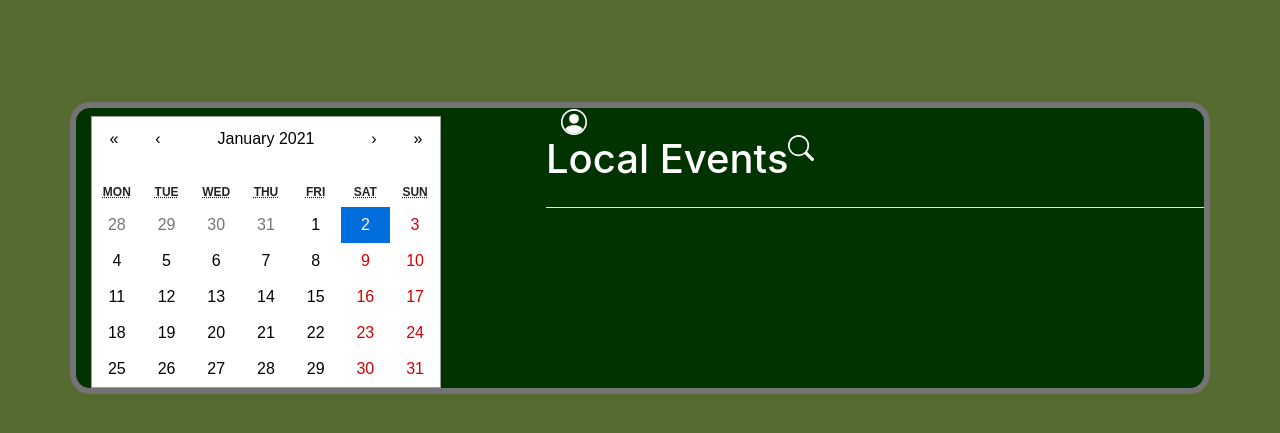
Repository: lalji-yadav/Calendar-code
Page: /
The author's editor kept a copy of each file at every save. The page is drawn from the files as they stood at one save, then again after the next save.
The browser window is 1280 px wide. The pictures show the whole page.
The project was rebuilt for these pictures with package versions that can differ from the ones it lists, and the page was loaded fresh each time. Also part of the build but not shown: src/App.css.

Above is the page before, as saved 2021-01-03 13:52:09.

### src/App.js
import logo from './logo.svg';
import './App.css';
import MyApp from './calendar/calendar'
import Home from "./calendar/Home";

function App() {
  return (
    <div>
      <header>

        <Home />

      </header>
    </div>
  );
}

export default App;

### src/calendar/calendar.js
import React, { useState } from 'react';
import 'react-calendar/dist/Calendar.css';
import Calendar from 'react-calendar';

function MyApp() {
  const [value, onChange] = useState(new Date());

  return (
    <div>
      <Calendar
        onChange={onChange}
        value={value}
      />
    </div>
  );
}

export default MyApp;

### src/calendar/Home.js
import React from 'react';
import "./Home.css";
import MyApp from "./calendar";

function Home() {

  return (
    <div className="main">
      <div className='container'>
        <div className="row">
          <div className="col-sm-5 calendar">
             <MyApp />
          </div>
          <div className="col-sm-7">

            <div>
            <svg xmlns="http://www.w3.org/2000/svg" width="26" height="26" fill="white" class="bi bi-person-circle" viewBox="0 0 16 16">
            <path d="M13.468 12.37C12.758 11.226 11.195 10 8 10s-4.757 1.225-5.468 2.37A6.987 6.987 0 0 0 8 15a6.987 6.987 0 0 0 5.468-2.63z"/>
             <path fill-rule="evenodd" d="M8 9a3 3 0 1 0 0-6 3 3 0 0 0 0 6z"/>
             <path fill-rule="evenodd" d="M8 1a7 7 0 1 0 0 14A7 7 0 0 0 8 1zM0 8a8 8 0 1 1 16 0A8 8 0 0 1 0 8z"/>
            </svg>
            </div>

            <div className="row">
              <h1 style={{color:"white"}}>Local Events </h1>
               <svg xmlns="http://www.w3.org/2000/svg" width="26" height="26" fill="white" class="bi bi-search" viewBox="0 0 16 16">
               <path d="M11.742 10.344a6.5 6.5 0 1 0-1.397 1.398h-.001c.03.04.062.078.098.115l3.85 3.85a1 1 0 0 0 1.415-1.414l-3.85-3.85a1.007 1.007 0 0 0-.115-.1zM12 6.5a5.5 5.5 0 1 1-11 0 5.5 5.5 0 0 1 11 0z"/>
               </svg>

               <hr />

            </div>

          </div>
        </div>

      </div>

    </div>
  );
}
export default Home;

### src/calendar/Home.css
.main {
    width: 100%;
    height: 100%;
    position: absolute;
    /* padding: 10% 5% 10% 5%; */
    background-color: darkolivegreen;
}
.container {
    width: 80%;
    /* height: 70%; */
    margin: 8% 10% 8% 10%;
    background-color: #003300;
    border: 6px solid #737373;
    border-radius: 20px;
}
.calendar {
    /* border: 2px solid red; */
    margin-top: 8px;
}
hr {
    color: white;
    width: 100%;
    margin-top: 5em;
    background-color: white;
}
.tablebox {
    margin: 0% 0% 0% 3%;
    padding: 3%;
    width: 91%;
    border-radius: 15px;
    color: black;
    background-color: white;
}

Loaded but not shown: public/index.html (common file); src/index.js (common file); src/index.css (common file); src/reportWebVitals.js (common file)

After the next save:
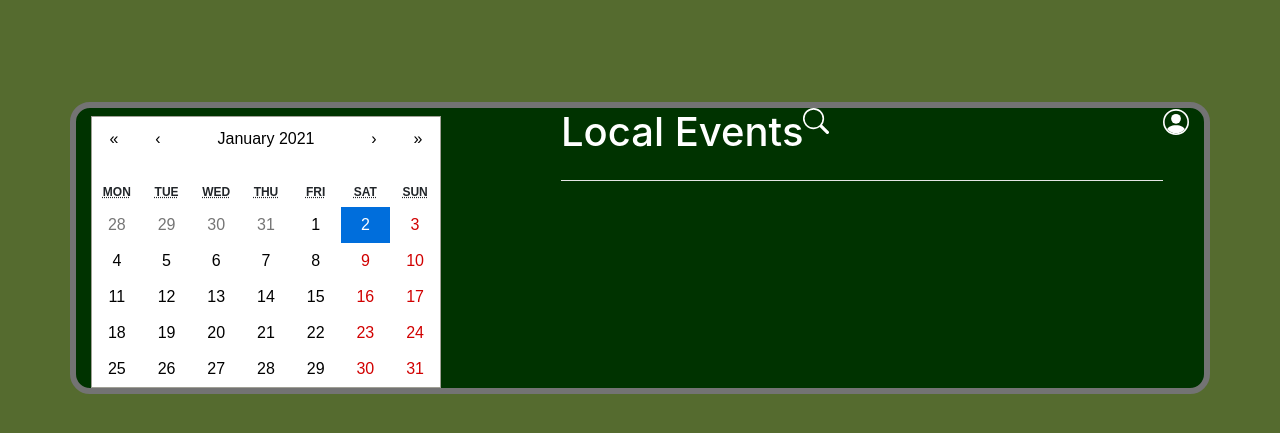
Saved 46 s later.
--- a/src/calendar/Home.js
+++ b/src/calendar/Home.js
@@ -13,7 +13,7 @@
           </div>
           <div className="col-sm-7">
 
-            <div>
+            <div style={{float:"right"}}>
             <svg xmlns="http://www.w3.org/2000/svg" width="26" height="26" fill="white" class="bi bi-person-circle" viewBox="0 0 16 16">
             <path d="M13.468 12.37C12.758 11.226 11.195 10 8 10s-4.757 1.225-5.468 2.37A6.987 6.987 0 0 0 8 15a6.987 6.987 0 0 0 5.468-2.63z"/>
              <path fill-rule="evenodd" d="M8 9a3 3 0 1 0 0-6 3 3 0 0 0 0 6z"/>
